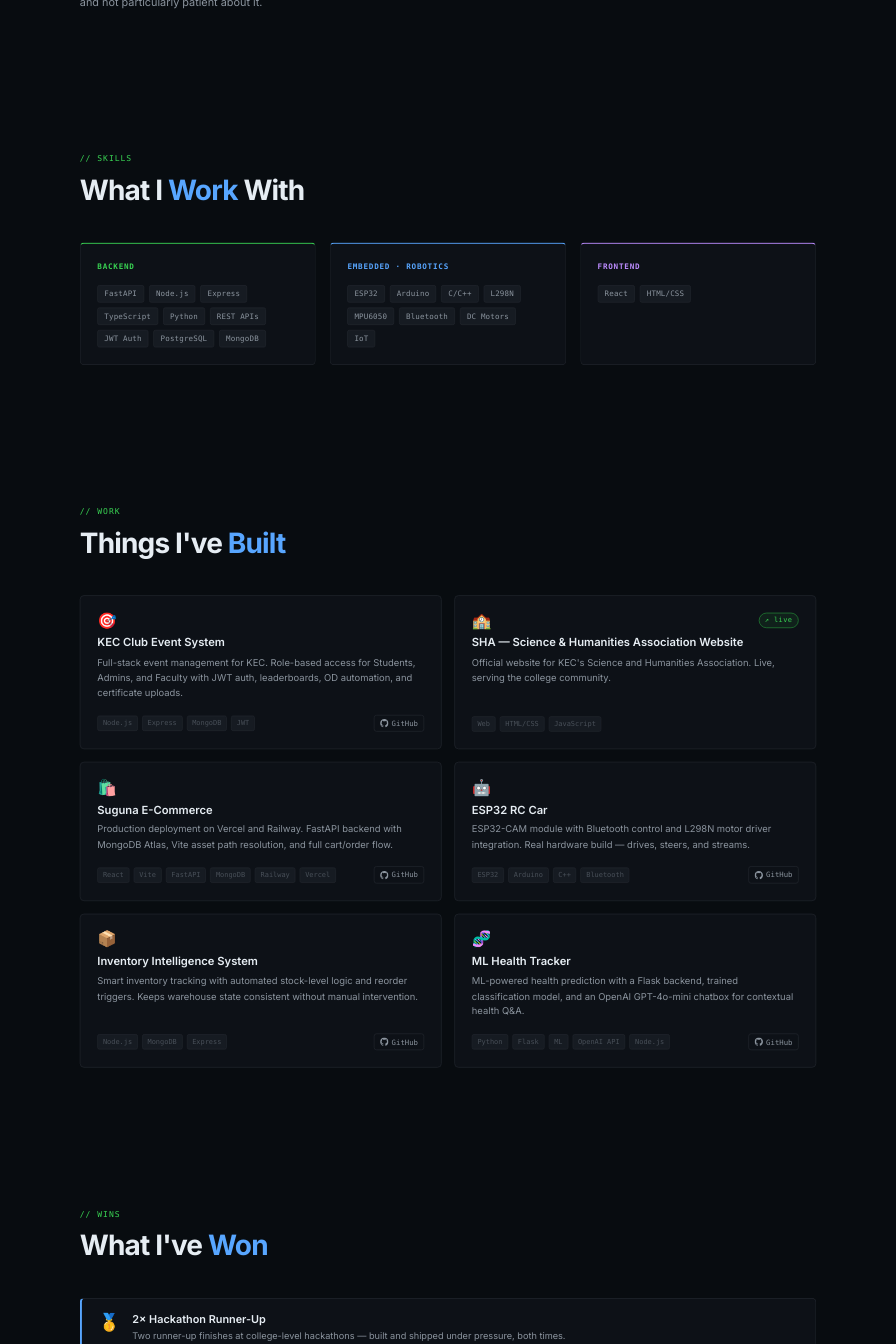
Repository: vipinsamy-sys/viping
Page: /
These files come from the project's save history. The page is drawn as it stood at one moment and after a run of saves; the edit follows.
The browser window is 1280 px wide. The pictures show the part of the page from y = 1385 to 3305 px (the page is 4178 px tall), at 70% of full size.
The project was rebuilt for these pictures with package versions that can differ from the ones it lists, and the page was loaded fresh each time. Also part of the build but not shown: vite.config.js.

Above is the page before, as saved 2026-06-26 07:12:05.

After the next 2 saves:
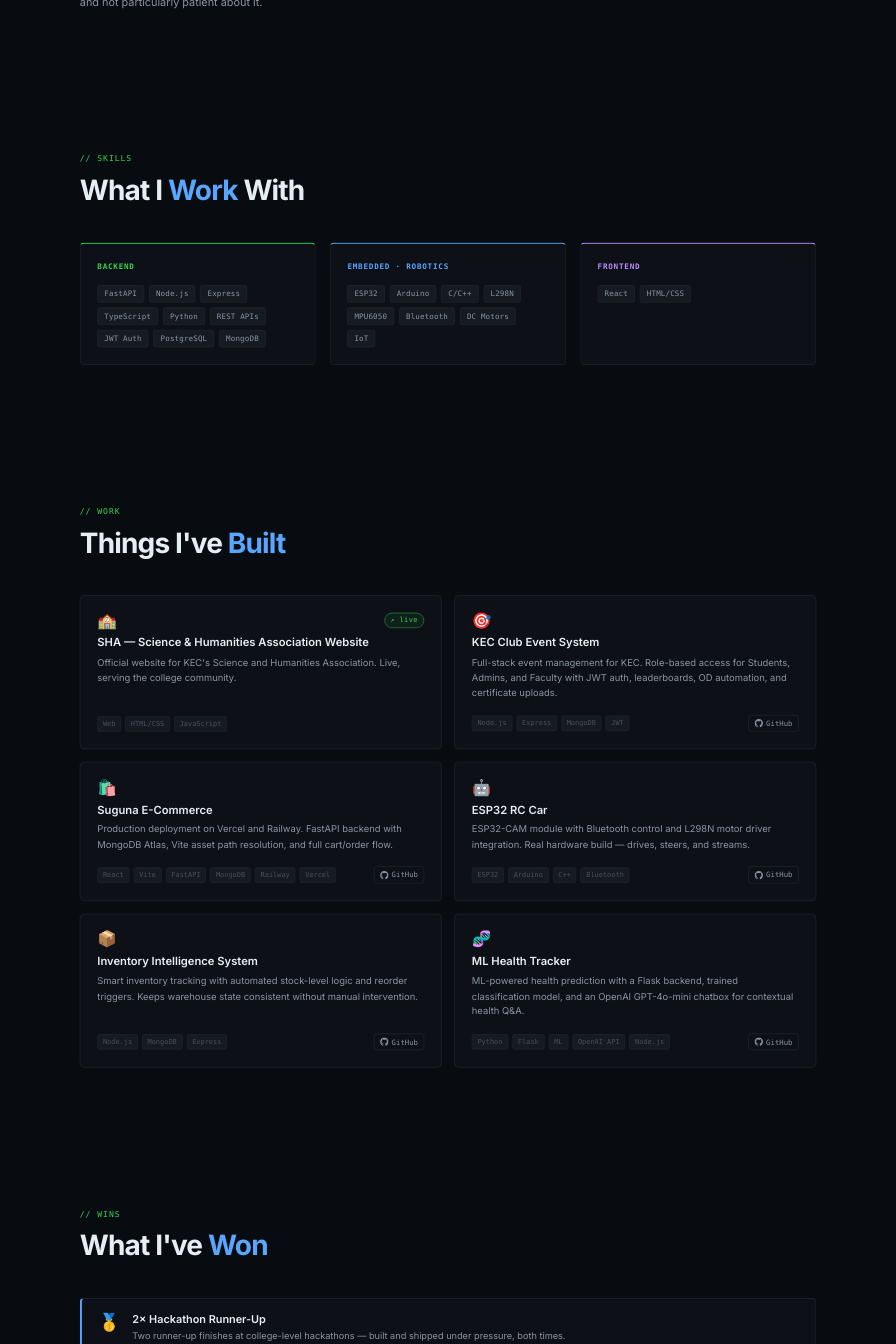
The 2 saves are shown as one change because they came seconds apart.
The last was saved 7 min 3 s later.
--- a/src/components/Projects.jsx
+++ b/src/components/Projects.jsx
@@ -20,14 +20,7 @@
 );
 
 const PROJECTS = [
-  {
-    icon: '🎯',
-    accent: 'green',
-    name: 'KEC Club Event System',
-    desc: 'Full-stack event management for KEC. Role-based access for Students, Admins, and Faculty with JWT auth, leaderboards, OD automation, and certificate uploads.',
-    tags: ['Node.js', 'Express', 'MongoDB', 'JWT'],
-    github: 'https://github.com/vipinsamy-sys',
-  },
+
   {
     icon: '🏫',
     accent: 'blue',
@@ -36,6 +29,14 @@
     tags: ['Web', 'HTML/CSS', 'JavaScript'],
     live: 'https://sh.kongu.edu',
     isLive: true,
+  },
+  {
+    icon: '🎯',
+    accent: 'green',
+    name: 'KEC Club Event System',
+    desc: 'Full-stack event management for KEC. Role-based access for Students, Admins, and Faculty with JWT auth, leaderboards, OD automation, and certificate uploads.',
+    tags: ['Node.js', 'Express', 'MongoDB', 'JWT'],
+    github: 'https://github.com/vipinsamy-sys',
   },
   {
     icon: '🛍️',

After the 3 saves that followed:
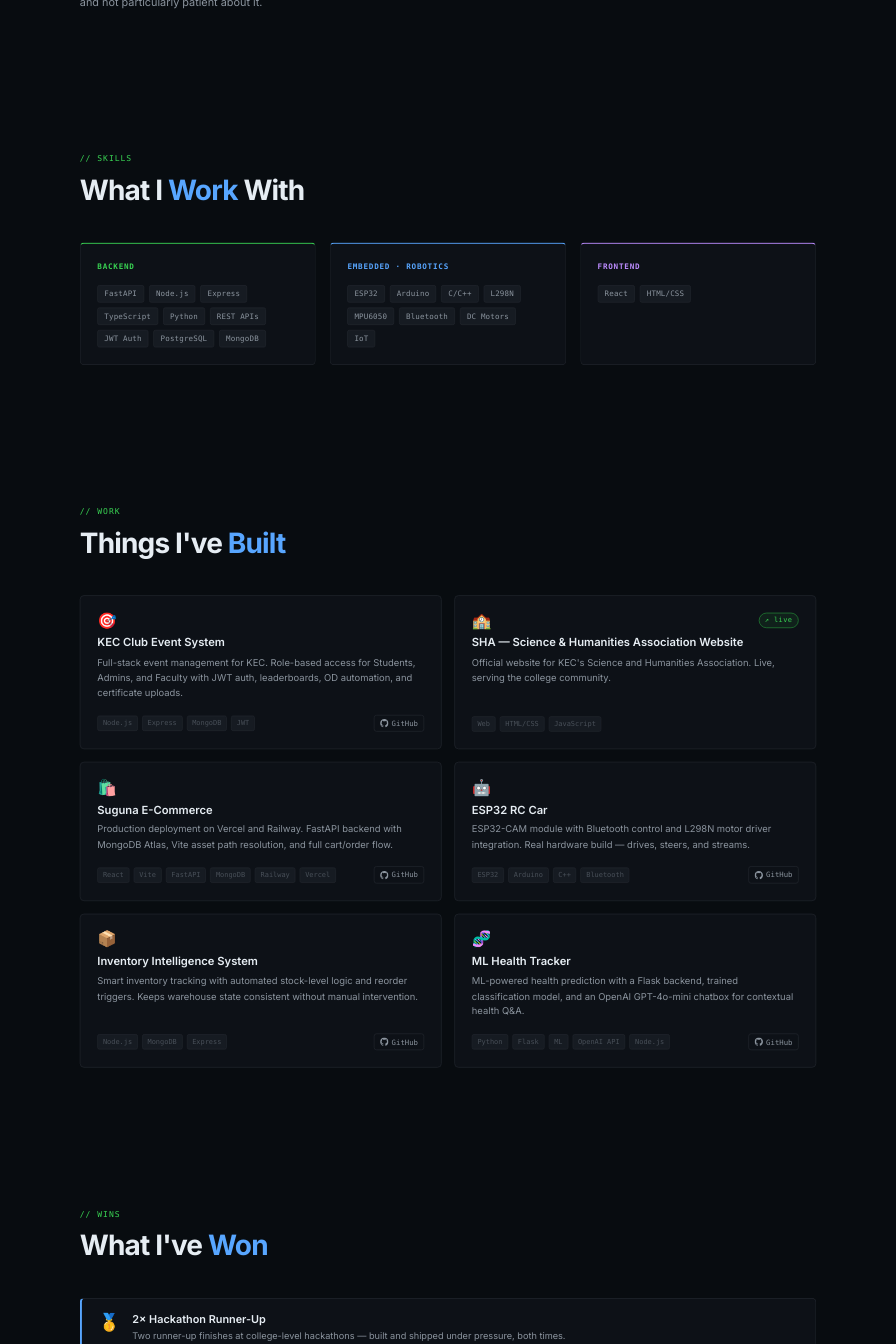
The 3 saves are shown as one change because 1 left the picture as it was and some came seconds apart.
The last was saved 62 s later.
--- a/src/components/Projects.jsx
+++ b/src/components/Projects.jsx
@@ -20,7 +20,14 @@
 );
 
 const PROJECTS = [
-
+  {
+    icon: '🎯',
+    accent: 'green',
+    name: 'KEC Club Event System',
+    desc: 'Full-stack event management for KEC. Role-based access for Students, Admins, and Faculty with JWT auth, leaderboards, OD automation, and certificate uploads.',
+    tags: ['Node.js', 'Express', 'MongoDB', 'JWT'],
+    github: 'https://github.com/vipinsamy-sys',
+  },
   {
     icon: '🏫',
     accent: 'blue',
@@ -29,14 +36,6 @@
     tags: ['Web', 'HTML/CSS', 'JavaScript'],
     live: 'https://sh.kongu.edu',
     isLive: true,
-  },
-  {
-    icon: '🎯',
-    accent: 'green',
-    name: 'KEC Club Event System',
-    desc: 'Full-stack event management for KEC. Role-based access for Students, Admins, and Faculty with JWT auth, leaderboards, OD automation, and certificate uploads.',
-    tags: ['Node.js', 'Express', 'MongoDB', 'JWT'],
-    github: 'https://github.com/vipinsamy-sys',
   },
   {
     icon: '🛍️',
